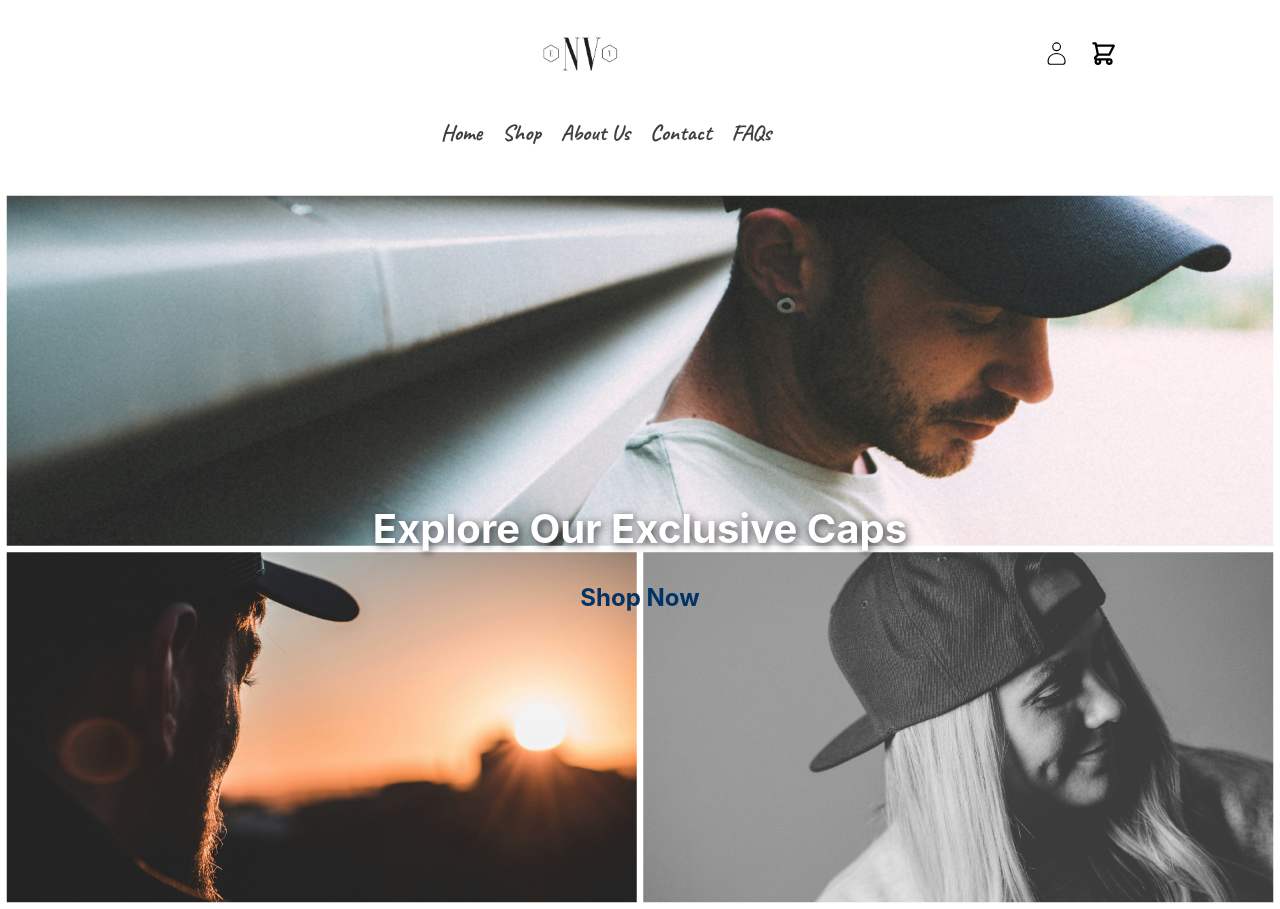
Repository: lasity34/new-envy
Page: / (app in my-new-envy/)
The author's editor kept a copy of each file at every save. The page is drawn from the files as they stood at one save, then again after the next save.
The browser window is 1280 px wide. The pictures show the whole page.
The project was rebuilt for these pictures with package versions that can differ from the ones it lists, and the page was loaded fresh each time.

Above is the page before, as saved 2024-04-22 10:19:40.

### my-new-envy/public/index.html
<!DOCTYPE html>
<html lang="en">
  <head>
    <meta charset="utf-8" />
    <link rel="icon" href="%PUBLIC_URL%/logo.png" />
    <meta name="viewport" content="width=device-width, initial-scale=1" />
    <meta name="theme-color" content="#000000" />
    <meta
      name="description"
      content="Web site created using create-react-app"
    />
    <link rel="apple-touch-icon" href="%PUBLIC_URL%/logo.png" />
    <!--
      manifest.json provides metadata used when your web app is installed on a
      user's mobile device or desktop. See https://developers.google.com/web/fundamentals/web-app-manifest/
    -->
    <link rel="manifest" href="%PUBLIC_URL%/manifest.json" />
    <!--
      Notice the use of %PUBLIC_URL% in the tags above.
      It will be replaced with the URL of the `public` folder during the build.
      Only files inside the `public` folder can be referenced from the HTML.

      Unlike "/favicon.ico" or "favicon.ico", "%PUBLIC_URL%/favicon.ico" will
      work correctly both with client-side routing and a non-root public URL.
      Learn how to configure a non-root public URL by running `npm run build`.
    -->
    <link rel="preconnect" href="https://fonts.googleapis.com">
<link rel="preconnect" href="https://fonts.gstatic.com" crossorigin>
<link href="https://fonts.googleapis.com/css2?family=Crimson+Text:ital,wght@0,400;0,600;0,700;1,400;1,600;1,700&display=swap" rel="stylesheet">
<link href="https://fonts.googleapis.com/css2?family=Caveat:wght@400..700&display=swap" rel="stylesheet">
    <title>Envy</title>
  </head>
  <body>
    <noscript>You need to enable JavaScript to run this app.</noscript>
    <div id="root"></div>
    <!--
      This HTML file is a template.
      If you open it directly in the browser, you will see an empty page.

      You can add webfonts, meta tags, or analytics to this file.
      The build step will place the bundled scripts into the <body> tag.

      To begin the development, run `npm start` or `yarn start`.
      To create a production bundle, use `npm run build` or `yarn build`.
    -->
  </body>
</html>

### my-new-envy/src/App.tsx

import { BrowserRouter as Router } from 'react-router-dom';
import Header from './components/Header';
import HeroBanner from './components/HeroBanner';

function App() {
  return (
    <Router>
      <div className="App">

          <Header />
          <HeroBanner />
      </div>
    </Router>
  );
}

export default App;

### my-new-envy/src/components/Header.tsx
import styled from "styled-components";
import { Link } from "react-router-dom";
import { CiUser } from "react-icons/ci";
import { HiOutlineShoppingCart } from "react-icons/hi";

// Define basic styled components
const HeaderContainer = styled.header`
font-family: "Caveat", cursive;
  color: black;
  padding: 20px 40px; // Adjust the padding to match the spacing in the screenshot
  display: flex;
  justify-content: space-between; // Align items to the start and end of the header
  align-items: center; // Center items vertically
  flex-direction: column;
`;

const BannerContainer = styled.div`
  display: flex;
  justify-content: space-between;
  width: 100%;
`;

const SearchContainer = styled.div`
  width: 20%;
`;

const LogoContainer = styled.div`
  display: flex;
  justify-content: center;
  align-items: center;
  width: 35%;
`;

const AccountCartContainer = styled.div`
  display: flex;
  justify-content: center;
  align-items: center;
  list-style: none;
  width: 30%;
`;

const Nav = styled.nav`
  width: 100%;
  display: flex;
  justify-content: center;
  margin-right: 8em;

`;

const NavLinks = styled.ul`
  list-style: none;
  display: flex;
  font-size: 1.4rem;
`;

const IconNavLinks = styled.ul`
  display: flex;
  justify-content: center;
  width: 70%;
`;

const IconNavLink = styled.li`
  list-style: none;
  color: black;

  a {
    color: black;
    text-decoration: none;
    font-size: 1.7rem;
    padding: 0 10px;

    &:hover {
      color: black; // Change color on hover
    }
  }
`;


const NavLink = styled.li`
  position: relative;
  margin-left: 20px;

  a {
    color: #433f3e;
    text-decoration: none;
    font-weight: bold;
    display: inline-block;
    position: relative;

    &::after {
      content: '';
      position: absolute;
      bottom: -5px; // Distance from the bottom of the link text
      left: 0;
      right: 0;
      width: 0; // Start with no width
      height: 2px;
      background-color: black;
      transition: width 0.5s ease, left 0.5s ease; // Animate the width and left position
      transform: translateX(-50%);
    }

    &:hover::after {
      width: 100%; // Full width on hover
      left: 50%; // Centering it with the left position during hover
      transform: translateX(-50%); // Ensure it grows from the center
    }
  }
`;

const CapImage = styled.img`
  width: 100px;
`;

// Simplified Header component
const Header = () => {
  return (
    <HeaderContainer>
      <BannerContainer>
        <SearchContainer></SearchContainer>

        <LogoContainer>
          <Link to="/">
            <CapImage src="images/logo.png" alt="Queue" />
          </Link>
        </LogoContainer>

        <AccountCartContainer>
          <IconNavLinks>
            <IconNavLink>
              <Link to="/account">
                <CiUser />
              </Link>
            </IconNavLink>
            <IconNavLink>
              <Link to="/cart">
                <HiOutlineShoppingCart />
              </Link>
            </IconNavLink>
          </IconNavLinks>
        </AccountCartContainer>
      </BannerContainer>
      <Nav>
        <NavLinks>
          <NavLink>
            <Link to="/">Home</Link>
          </NavLink>
          <NavLink>
            <Link to="/shop">Shop</Link>
          </NavLink>
          <NavLink>
            <Link to="/about">About Us</Link>
          </NavLink>
          <NavLink>
            <Link to="/contact">Contact</Link>
          </NavLink>
          <NavLink>
            <Link to="/faq">FAQs</Link>
          </NavLink>
        </NavLinks>
      </Nav>
    </HeaderContainer>
  );
};

export default Header;

### my-new-envy/src/components/HeroBanner.tsx

import styled from 'styled-components';
import { Link } from 'react-router-dom';

const BannerContainer = styled.div`
  width: 100vw; // Ensures it takes the full viewport width
  height: 100vh; // You can adjust the height as needed
  background-image: url('images/hero-background.png');
  background-size: cover; // Cover the entire area of the div
  background-repeat: no-repeat;
  background-position: center center; // Centers the background image
  display: flex;
  justify-content: center;
  align-items: center;
  flex-direction: column;
  text-align: center;
  color: white;
  position: relative; // Added to ensure it positions relative to the viewport if needed
`;

const Tagline = styled.h1`
  font-size: 2.5rem;
  margin-bottom: 20px;
  text-shadow: 2px 2px 8px rgba(0,0,0,0.7); // Enhances legibility over the hero image
`;

const ShopButton = styled(Link)`
  padding: 10px 20px;

  color: #003366; // Deep blue
  font-size: 1.5rem;
  font-weight: bold;
  border: none;
  border-radius: 5px;
  text-decoration: none;

  &:hover {
    background-color: #f1c40f;
    color: #fff;
  }
`;

const HeroBanner = () => {
  return (
    <BannerContainer>
      <Tagline>Explore Our Exclusive Caps</Tagline>
      <ShopButton to="/shop">Shop Now</ShopButton>
    </BannerContainer>
  );
};

export default HeroBanner;

Loaded but not shown: my-new-envy/src/index.tsx (common file); my-new-envy/src/index.css (common file); my-new-envy/src/reportWebVitals.ts (common file)

After the next save:
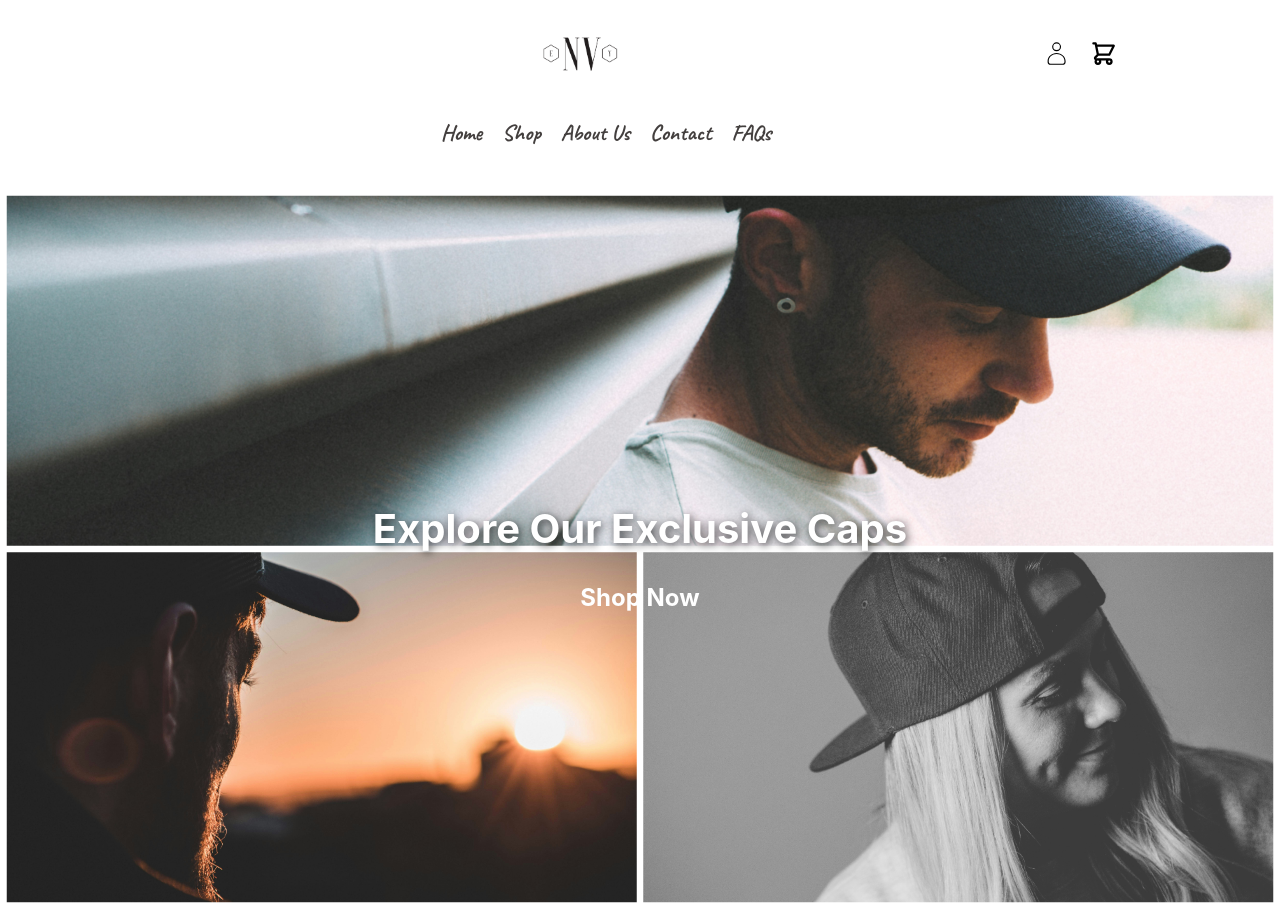
Saved 3 min 33 s later.
--- a/my-new-envy/src/components/HeroBanner.tsx
+++ b/my-new-envy/src/components/HeroBanner.tsx
@@ -27,7 +27,7 @@ const Tagline = styled.h1`
 const ShopButton = styled(Link)`
   padding: 10px 20px;
 
-  color: #003366; // Deep blue
+  color: white;
   font-size: 1.5rem;
   font-weight: bold;
   border: none;
